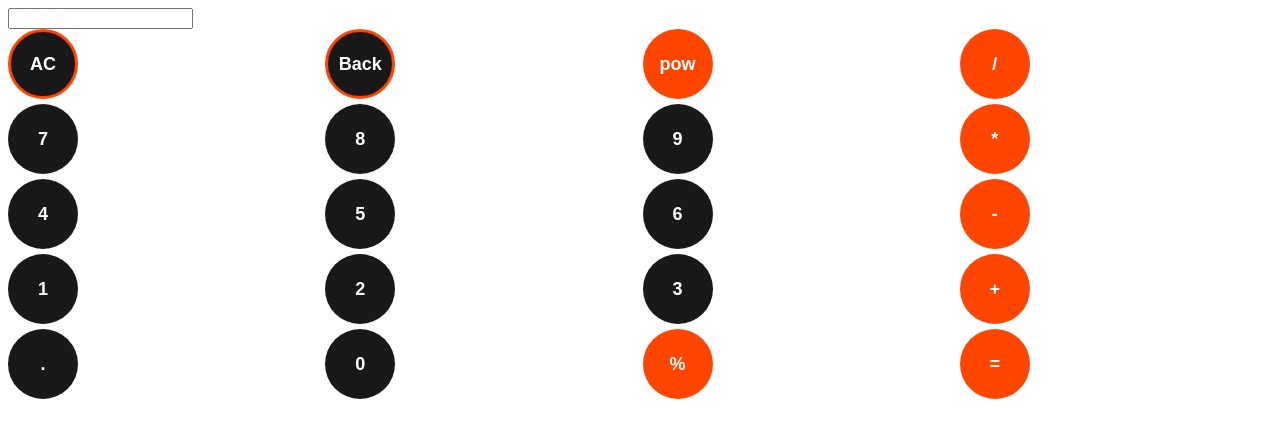
Repository: SakthivelDurai47/calculator
Page: index.html
These files come from the project's save history. The page is drawn as it stood at one moment and after the next save; the edit follows.
The browser window is 1280 px wide. The pictures show the whole page.

Above is the page before, as saved 2025-04-13 15:13:03.

### index.html
<!DOCTYPE html>
<html lang="en">
  <head>
    <meta charset="UTF-8" />
    <meta name="viewport" content="width=device-width, initial-scale=1.0" />
    <title>Calculator</title>
    <link rel="stylesheet" href="styles.css" />
  </head>
  <body>
    <div id="calculator">
      <input id="display" readonly />
      <div id="buttons">
        <button onclick="clearDisplay()" class="control">AC</button>
        <button onclick="removeFromDisplay()" class="control">Back</button>
        <button onclick="addToDisplay('**')" class="operator">pow</button>
        <button onclick="addToDisplay('/')" class="operator">/</button>
        <button onclick="addToDisplay('7')">7</button>
        <button onclick="addToDisplay('8')">8</button>
        <button onclick="addToDisplay('9')">9</button>
        <button onclick="addToDisplay('*')" class="operator">*</button>
        <button onclick="addToDisplay('4')">4</button>
        <button onclick="addToDisplay('5')">5</button>
        <button onclick="addToDisplay('6')">6</button>
        <button onclick="addToDisplay('-')" class="operator">-</button>
        <button onclick="addToDisplay('1')">1</button>
        <button onclick="addToDisplay('2')">2</button>
        <button onclick="addToDisplay('3')">3</button>
        <button onclick="addToDisplay('+')" class="operator">+</button>
        <button onclick="addToDisplay('.')">.</button>
        <button onclick="addToDisplay('0')">0</button>
        <button onclick="addToDisplay('%')" class="operator">%</button>
        <button onclick="calculate()" class="operator">=</button>
      </div>
    </div>
    <script src="index.js"></script>
  </body>
</html>

### styles.css
#buttons {
  display: grid;
  grid-template-columns: repeat(4, 1fr);
  gap: 5px;
}
button {
  width: 70px;
  height: 70px;
  border-radius: 35px;
  border: none;
  background-color: rgba(0, 0, 0, 0.9);
  color: white;
  font-size: large;
  font-weight: bold;
}
button:hover {
  background-color: rgba(0, 0, 0, 0.5);
}
button:active {
  background-color: rgba(0, 0, 0, 0.1);
}
.control {
  border: 3px solid orangered;
}
.operator {
  background-color: orangered;
}
.operator:hover {
  background-color: rgba(255, 68, 0, 0.564);
}
.operator:active {
  background-color: rgba(255, 68, 0, 0.128);
}

Loaded but not shown: index.js (no stored copy; drawn as an empty file)

After the next save:
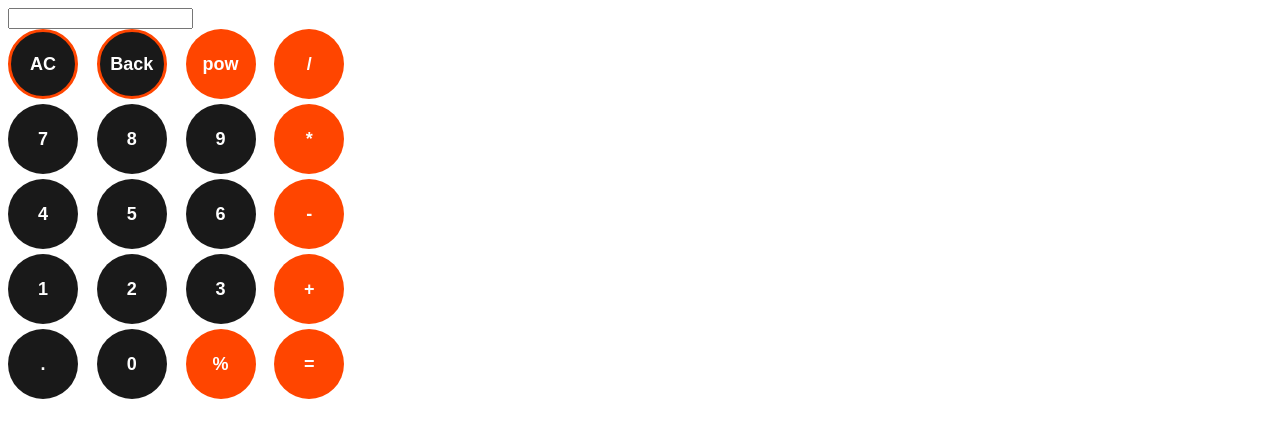
Saved 45 s later.
--- a/styles.css
+++ b/styles.css
@@ -31,3 +31,6 @@ button:active {
 .operator:active {
   background-color: rgba(255, 68, 0, 0.128);
 }
+#calculator {
+  width: 350px;
+}
